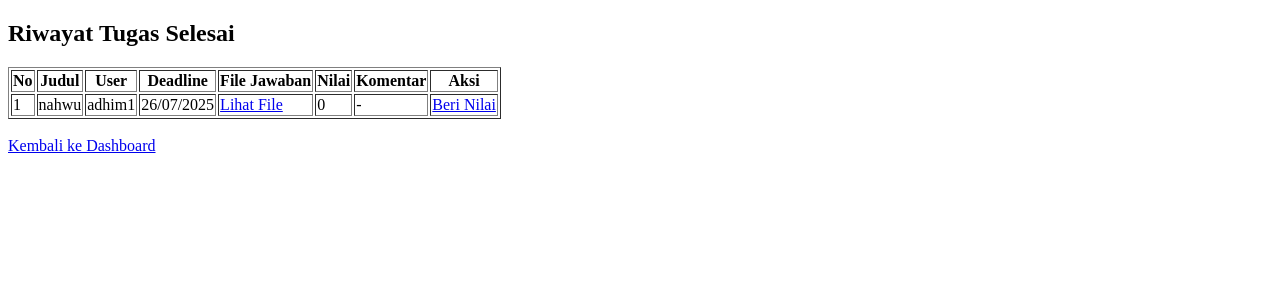
Repository: fatkquladhim/multimedia_app
Page: http://localhost/admin/beri tugas/tugas_selesai_riwayat.php
An editor plug-in stored every save of this project. The page is shown before and after the next save, followed by the edit.
The browser window is 1280 px wide. The pictures show the whole page.
The page is run by PHP 8.4 with error messages shown; the project is at /var/www/html/. The session is filled in as if someone had signed in: {"user_id": 2, "username": "asep", "role": "admin"}. The database holds what the project's SQL file puts in it.

Above is the page before, as saved 2025-07-14 21:48:08.

After the next save:
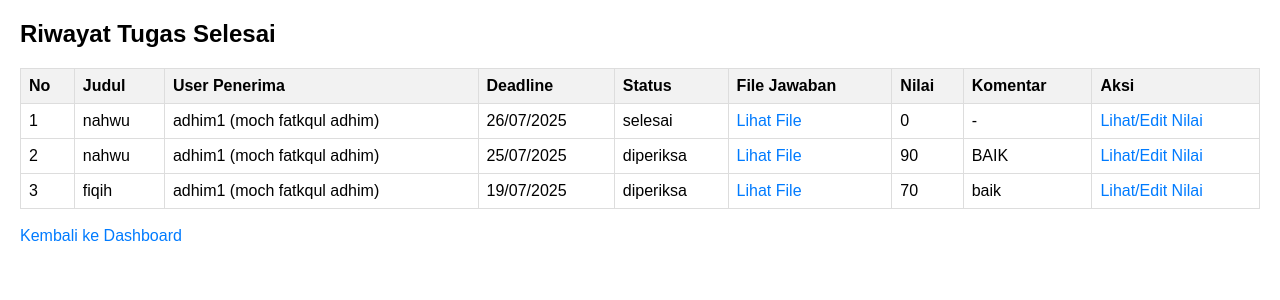
Saved 22 s later.
--- a/admin/beri tugas/tugas_selesai_riwayat.php
+++ b/admin/beri tugas/tugas_selesai_riwayat.php
@@ -8,21 +8,24 @@ if (!isset($_SESSION['user_id']) || $_SESSION['role'] !== 'admin') {
 require_once '../../includes/db_config.php';
 $conn = new mysqli(DB_HOST, DB_USER, DB_PASS, DB_NAME);
 
-// Ambil daftar tugas yang sudah selesai
+// Ambil daftar tugas yang sudah selesai atau diperiksa
+// 'diperiksa' status can be added if you want to show tasks that have been graded
 $query = "SELECT
     t.id,
     t.judul,
     t.deskripsi,
     t.deadline,
     t.status,
-    u.username as penerima,
+    u.username as penerima_username,
+    u.nama_lengkap as penerima_nama_lengkap,
     tj.file_jawaban,
     tj.nilai,
-    tj.komentar
+    tj.komentar,
+    tj.id as id_jawaban -- Get the ID of the answer for review
 FROM tugas t
 LEFT JOIN users u ON t.id_penerima_tugas = u.id
 LEFT JOIN tugas_jawaban tj ON t.id = tj.id_tugas
-WHERE t.status = 'selesai'
+WHERE t.status IN ('selesai', 'diperiksa') -- Include 'diperiksa' if you use it
 ORDER BY t.deadline DESC";
 
 $result = $conn->query($query);
@@ -32,17 +35,39 @@ $result = $conn->query($query);
 <html>
 <head>
     <title>Riwayat Tugas Selesai</title>
+    <style>
+        body { font-family: Arial, sans-serif; margin: 20px; }
+        table { width: 100%; border-collapse: collapse; margin-top: 20px; }
+        th, td { border: 1px solid #ddd; padding: 8px; text-align: left; }
+        th { background-color: #f2f2f2; }
+        a { text-decoration: none; color: #007bff; }
+        a:hover { text-decoration: underline; }
+        .message { padding: 10px; margin-bottom: 15px; border-radius: 4px; }
+        .success { background-color: #d4edda; color: #155724; border: 1px solid #c3e6cb; }
+        .error { background-color: #f8d7da; color: #721c24; border: 1px solid #f5c6cb; }
+    </style>
 </head>
 <body>
     <h2>Riwayat Tugas Selesai</h2>
 
-    <table border="1">
+    <?php
+    if (isset($_GET['status'])) {
+        if ($_GET['status'] == 'success') {
+            echo '<div class="message success">' . htmlspecialchars($_GET['message']) . '</div>';
+        } else {
+            echo '<div class="message error">' . htmlspecialchars($_GET['message']) . '</div>';
+        }
+    }
+    ?>
+
+    <table>
         <thead>
             <tr>
                 <th>No</th>
                 <th>Judul</th>
-                <th>User</th>
+                <th>User Penerima</th>
                 <th>Deadline</th>
+                <th>Status</th>
                 <th>File Jawaban</th>
                 <th>Nilai</th>
                 <th>Komentar</th>
@@ -52,29 +77,47 @@ $result = $conn->query($query);
         <tbody>
             <?php
             $no = 1;
-            while($row = $result->fetch_assoc()):
+            if ($result->num_rows > 0):
+                while($row = $result->fetch_assoc()):
             ?>
             <tr>
                 <td><?php echo $no++; ?></td>
                 <td><?php echo htmlspecialchars($row['judul']); ?></td>
-                <td><?php echo htmlspecialchars($row['penerima']); ?></td>
+                <td><?php echo htmlspecialchars($row['penerima_username'] . ' (' . ($row['penerima_nama_lengkap'] ?? 'Nama tidak ada') . ')'); ?></td>
                 <td><?php echo date('d/m/Y', strtotime($row['deadline'])); ?></td>
+                <td><?php echo htmlspecialchars($row['status']); ?></td>
                 <td>
                     <?php if($row['file_jawaban']): ?>
-                        <a href="../../uploads/tugas_jawaban/<?php echo $row['file_jawaban']; ?>" target="_blank">
+                        <a href="../../uploads/tugas_jawaban/<?php echo htmlspecialchars($row['file_jawaban']); ?>" target="_blank">
                             Lihat File
                         </a>
+                    <?php else: ?>
+                        Tidak ada file
                     <?php endif; ?>
                 </td>
-                <td><?php echo $row['nilai'] ?? 'Belum dinilai'; ?></td>
+                <td><?php echo $row['nilai'] !== null ? htmlspecialchars($row['nilai']) : 'Belum dinilai'; ?></td>
                 <td><?php echo htmlspecialchars($row['komentar'] ?? '-'); ?></td>
                 <td>
-                    <?php if(!$row['nilai']): ?>
-                        <a href="tugas_user_review.php?id=<?php echo $row['id']; ?>">Beri Nilai</a>
+                    <?php
+                    // Only allow grading if there's a submission and it hasn't been graded yet
+                    if($row['id_jawaban'] && $row['nilai'] === null):
+                    ?>
+                        <a href="tugas_user_review.php?id_tugas=<?php echo $row['id']; ?>">Beri Nilai</a>
+                    <?php elseif ($row['id_jawaban'] && $row['nilai'] !== null): ?>
+                        <a href="tugas_user_review.php?id_tugas=<?php echo $row['id']; ?>">Lihat/Edit Nilai</a>
+                    <?php else: ?>
+                        -
                     <?php endif; ?>
                 </td>
             </tr>
-            <?php endwhile; ?>
+            <?php
+                endwhile;
+            else:
+            ?>
+            <tr>
+                <td colspan="9">Tidak ada tugas yang sudah selesai atau diperiksa.</td>
+            </tr>
+            <?php endif; ?>
         </tbody>
     </table>
 
